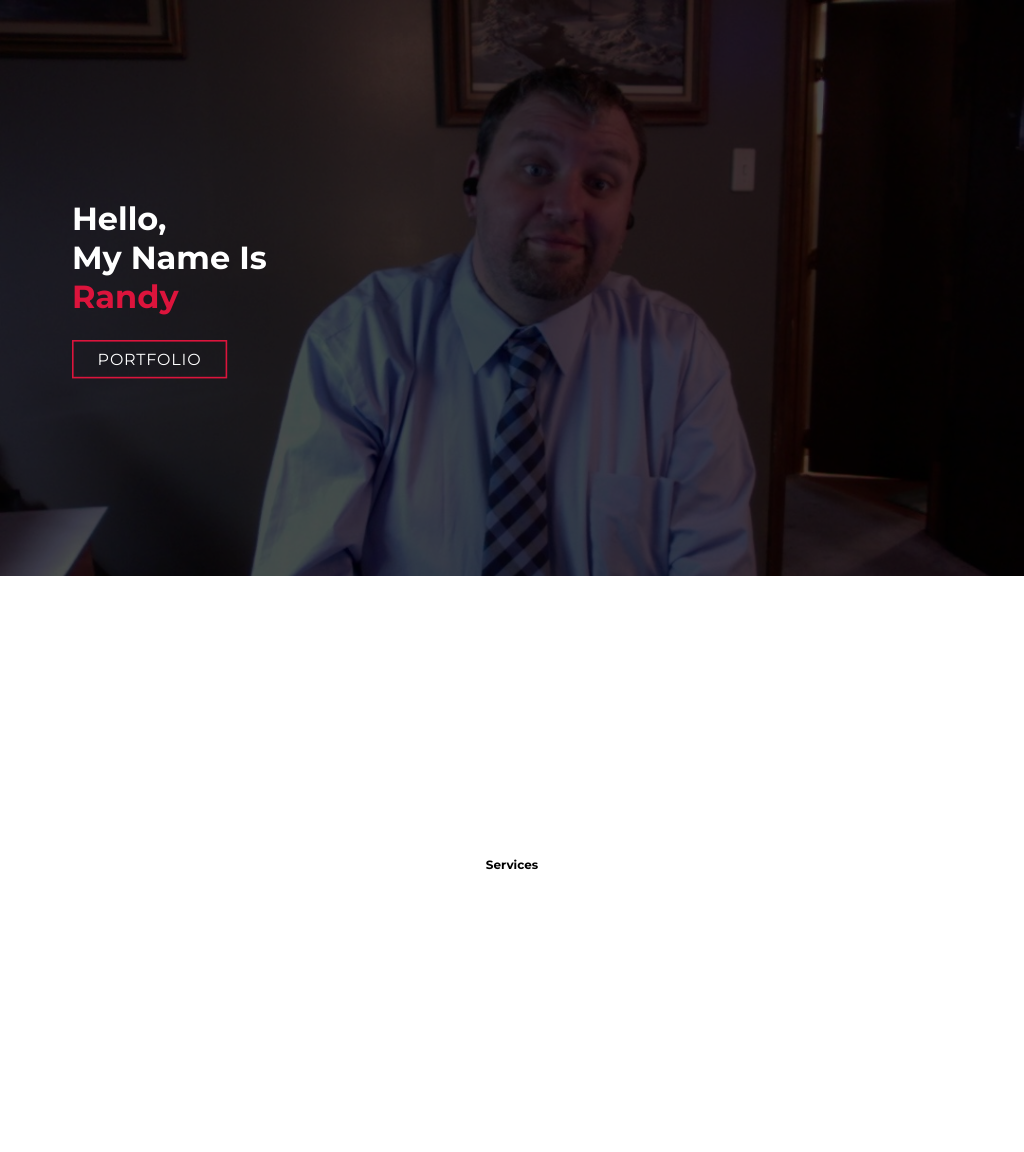
Repository: randysteele/my-portfolio-2023
Page: index.html
The author's editor kept a copy of each file at every save. The page is drawn from the files as they stood at one save, then again after the next save.
The browser window is 1280 px wide. The pictures show the whole page, at 80% of full size.

Above is the page before, as saved 2023-04-23 13:10:27.

After the next save:
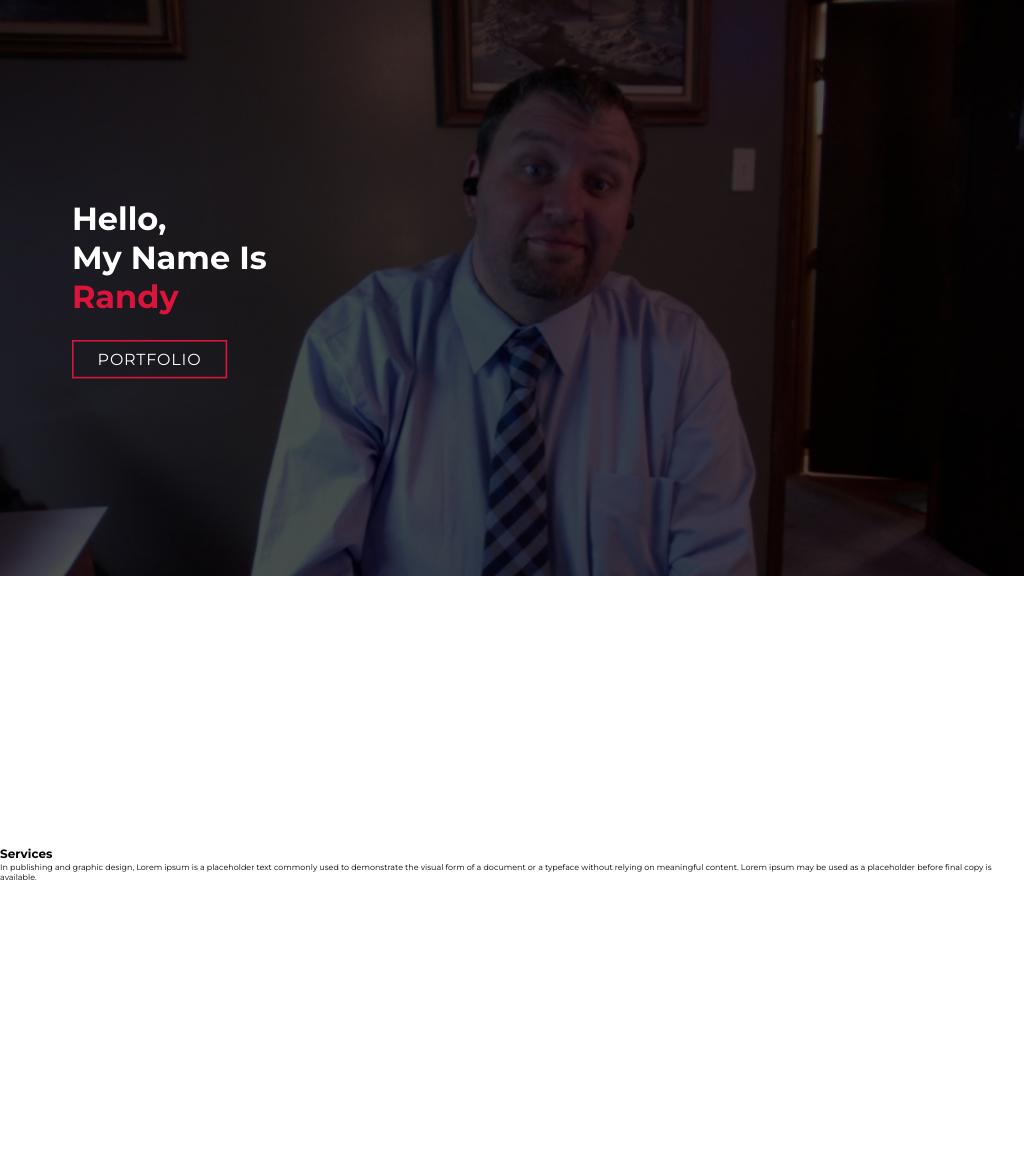
Saved 80 s later.
--- a/index.html
+++ b/index.html
@@ -26,6 +26,10 @@
 <div class="service container">
     <div class="service-top">
         <h1 class="section-title">Serv<span>i</span>ces</h1>
+        <p>In publishing and graphic design, Lorem ipsum is a
+            placeholder text commonly used to demonstrate the visual form
+            of a document or a typeface without relying on meaningful content.
+            Lorem ipsum may be used as a placeholder before final copy is available.</p>
     </div>
     <div class="service-bottom"></div>
 </div>
